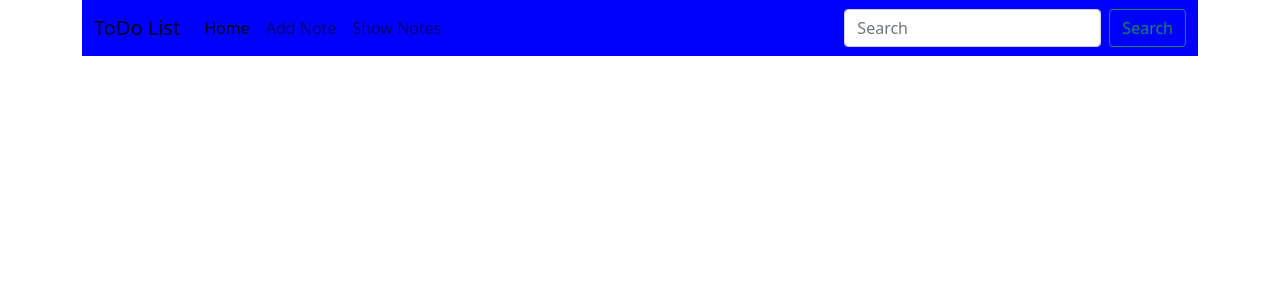
Repository: VishalSalvi17/Hibernate
Page: http://localhost/ToDoList/
These files come from the project's save history. The page is drawn as it stood at one moment and after the next save; the edit follows.
The browser window is 1280 px wide. The pictures show the whole page.
The page is served by Tomcat 9.

Above is the page before, as saved 2023-03-16 10:32:38.

After the next save:
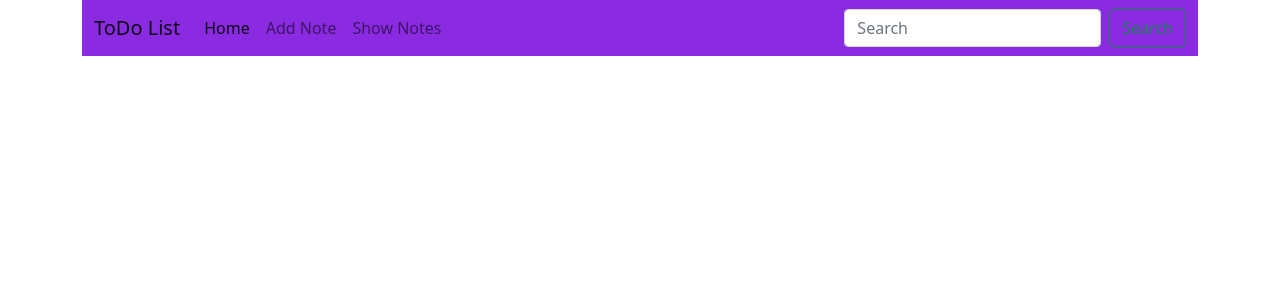
Saved 49 s later.
--- a/ToDoList/src/main/webapp/css/style.css
+++ b/ToDoList/src/main/webapp/css/style.css
@@ -1,3 +1,3 @@
 .blue{
-	background:blue
+	background:#8A2BE2;
 }
